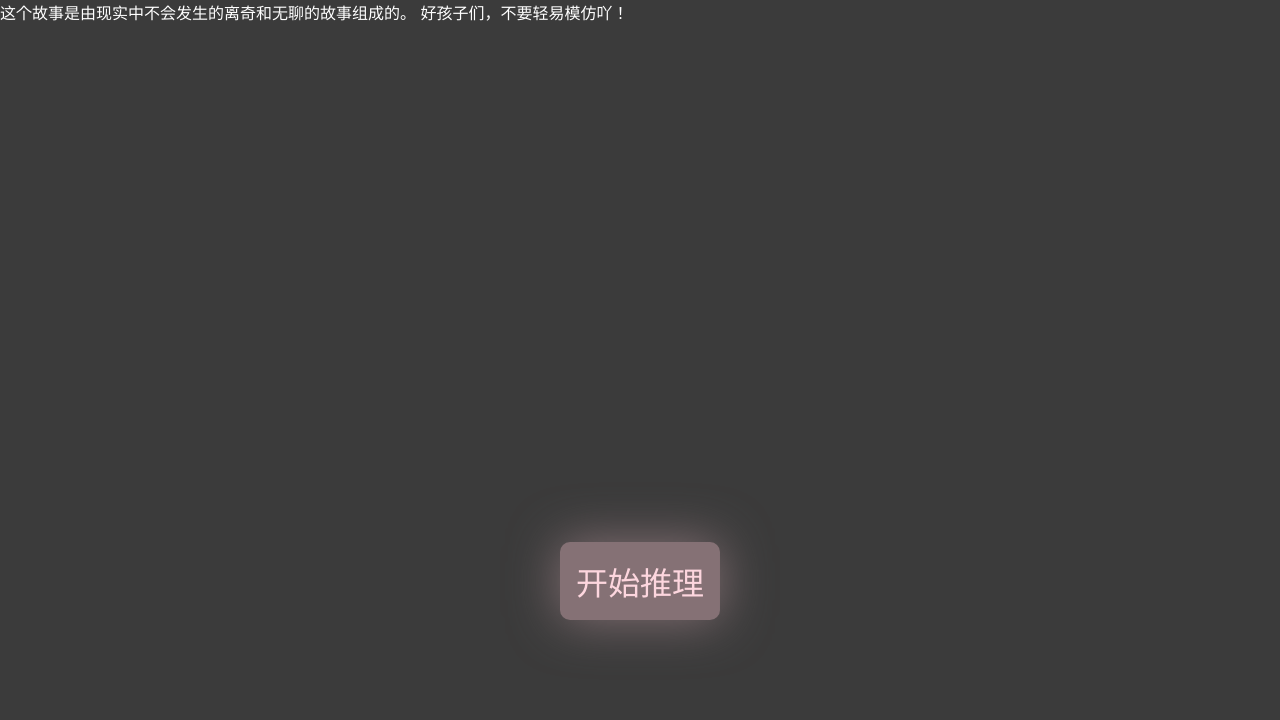
Repository: Jofali/reasoning-genius
Page: /
The author's editor kept a copy of each file at every save. The page is drawn from the files as they stood at one save, then again after the next save.
The browser window is 1280 px wide. The pictures show the whole page.
The project was rebuilt for these pictures with package versions that can differ from the ones it lists, and the page was loaded fresh each time. Also part of the build but not shown: src/part1/part1.css, src/part1/part1.js, src/part2/part2.css, src/part2/part2.js, src/title/title.css, src/title/title.js, src/inventory/inventory.css, src/inventory/inventory.js and 2 more.

Above is the page before, as saved 2019-05-22 17:37:12.

### public/index.html
<!DOCTYPE html>
<html lang="en">
  <head>
    <meta charset="utf-8" />
    <link rel="shortcut icon" href="%PUBLIC_URL%/favicon.ico" />
    <meta name="viewport" content="width=device-width, initial-scale=1" />
    <meta name="theme-color" content="#000000" />
    <!--
      manifest.json provides metadata used when your web app is installed on a
      user's mobile device or desktop. See https://developers.google.com/web/fundamentals/web-app-manifest/
    -->
    <link rel="manifest" href="%PUBLIC_URL%/manifest.json" />
    <!--
      Notice the use of %PUBLIC_URL% in the tags above.
      It will be replaced with the URL of the `public` folder during the build.
      Only files inside the `public` folder can be referenced from the HTML.

      Unlike "/favicon.ico" or "favicon.ico", "%PUBLIC_URL%/favicon.ico" will
      work correctly both with client-side routing and a non-root public URL.
      Learn how to configure a non-root public URL by running `npm run build`.
    -->
    <title>Reasoning Genius</title>
  </head>
  <body>
    <noscript>You need to enable JavaScript to run this app.</noscript>
    <div id="root"></div>
    <!--
      This HTML file is a template.
      If you open it directly in the browser, you will see an empty page.

      You can add webfonts, meta tags, or analytics to this file.
      The build step will place the bundled scripts into the <body> tag.

      To begin the development, run `npm start` or `yarn start`.
      To create a production bundle, use `npm run build` or `yarn build`.
    -->
  </body>
</html>

### src/index.css
body {
  margin: 0;
  font-family: -apple-system, BlinkMacSystemFont, "Segoe UI", "Roboto", "Oxygen",
    "Ubuntu", "Cantarell", "Fira Sans", "Droid Sans", "Helvetica Neue",
    sans-serif;
  -webkit-font-smoothing: antialiased;
  -moz-osx-font-smoothing: grayscale;
}

code {
  font-family: source-code-pro, Menlo, Monaco, Consolas, "Courier New",
    monospace;
}

#root {
  height: 100%;
}

*{
  padding: 0;
  margin: 0;
}

html,body {
  height: 100%;
}

.sw-enter {
  opacity: 0;
}
.sw-enter-active {
  opacity: 1;
  transform: translateX(0);
  transition: opacity 300ms, transform 300ms;
}
.sw-exit {
  opacity: 1;
}
.sw-exit-active {
  opacity: 0;
  transition: opacity 300ms, transform 300ms;
}

### src/App.js
import React, { Component } from 'react';
import { CSSTransition } from 'react-transition-group';

import Partwrap from './partwrap/partwrap';
import Begin from './begin/begin';

import './App.css';
import arrNext from './assets/arrnext.svg';

class App extends Component {
  constructor(props) {
    super(props);
    this.state = {
      content: <Begin />,
      arr: arrNext,
      arrStatus: "next",
      maxPartNum: 1,
      showPart: true
    };
    this.stepTo = this.stepTo.bind(this);
  }

  partNum = 0;
  timer = null;
  stepTo() {
    if(this.partNum === this.state.maxPartNum) {
      this.partNum = 0;
    } else {
      this.partNum += 1;
    }

    this.setshow(false);
    if(this.timer !== null) {
      clearTimeout(this.timer);
    }
    this.timer = setTimeout( () => {
      switch(this.partNum)
      {
        case 0:
          this.setState({ content: <Begin /> })
          this.setState({ arrStatus: "next" });
          break;
        case 1:
          this.setState({ content: <Partwrap /> })
          this.setState({ arrStatus: "prev" })
          break;
        default:
          this.setState({ content: <Begin /> })
      }
      this.setshow(true);
    }, 300);

  }

  setshow(bool) {
    this.setState({ showPart: bool })
  }

  componentDidMount() {

  }

  render() {
    return (
        <div className="App">
          <CSSTransition
              in={this.state.showPart}
              timeout={300}
              classNames="sw"
              unmountOnExit
            >
              { this.state.content }
          </CSSTransition>
          <button className="btn-begin" onClick={this.stepTo}>开始推理</button>
        </div>
    );
  }
}

export default App;

### src/begin/begin.js
import React from 'react';

import './begin.css';
function Title() {
  return (
      <div className="begin">
        <div className="begin-content-wrap">
          这个故事是由现实中不会发生的离奇和无聊的故事组成的。
          好孩子们，不要轻易模仿吖！
        </div>
      </div>
  );
}

export default Title;

### src/App.css
.App {
  width: 100%;
  height: 100%;
  background: rgb(253,214,222);
  position: relative;
}

.App img {
  width: 100%;
}

.btn-begin {
  position:absolute;
  bottom: 100px;
  left: 50%;
  background: rgb(133, 113, 117);
  border: none;
  padding: 1rem;
  font-size: 2rem;
  transform: translateX(-50%);
  color: rgb(253,214,222);
  border-radius: 10px;
  box-shadow: 0px 0px 50px rgb(133, 113, 117);
}

### src/begin/begin.css
.begin {
  width: 100%;
  height: 100%;
  background: rgb(59, 59, 59);
  color: #fff;
}

Loaded but not shown: src/index.js (common file); src/serviceWorker.js (common file)

After the next save:
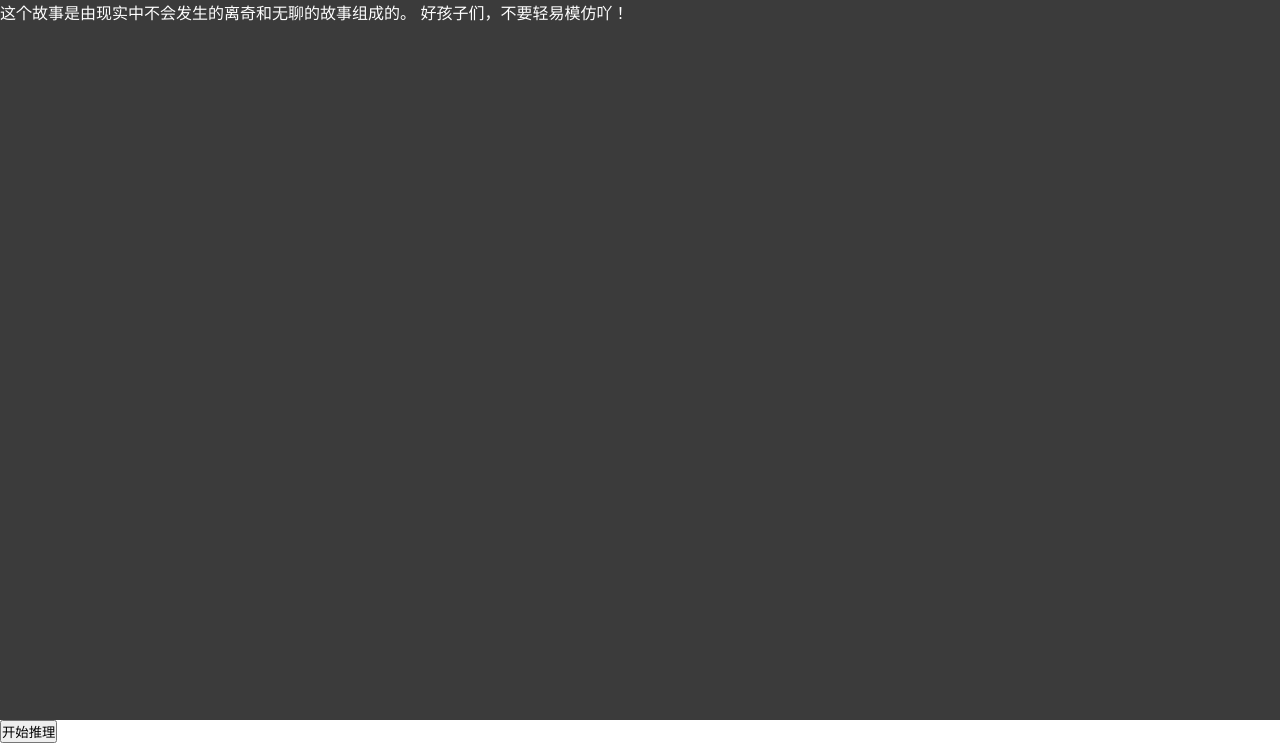
Saved 104 s later.
--- a/src/App.css
+++ b/src/App.css
@@ -9,12 +9,17 @@
   width: 100%;
 }
 
-.btn-begin {
-  position:absolute;
+.btn-game-begin-status {
   bottom: 100px;
   left: 50%;
+}
+
+.btn-game-end-status {}
+.btn-game {
+  position:absolute;
+  border: none;
   background: rgb(133, 113, 117);
-  border: none;
+
   padding: 1rem;
   font-size: 2rem;
   transform: translateX(-50%);
